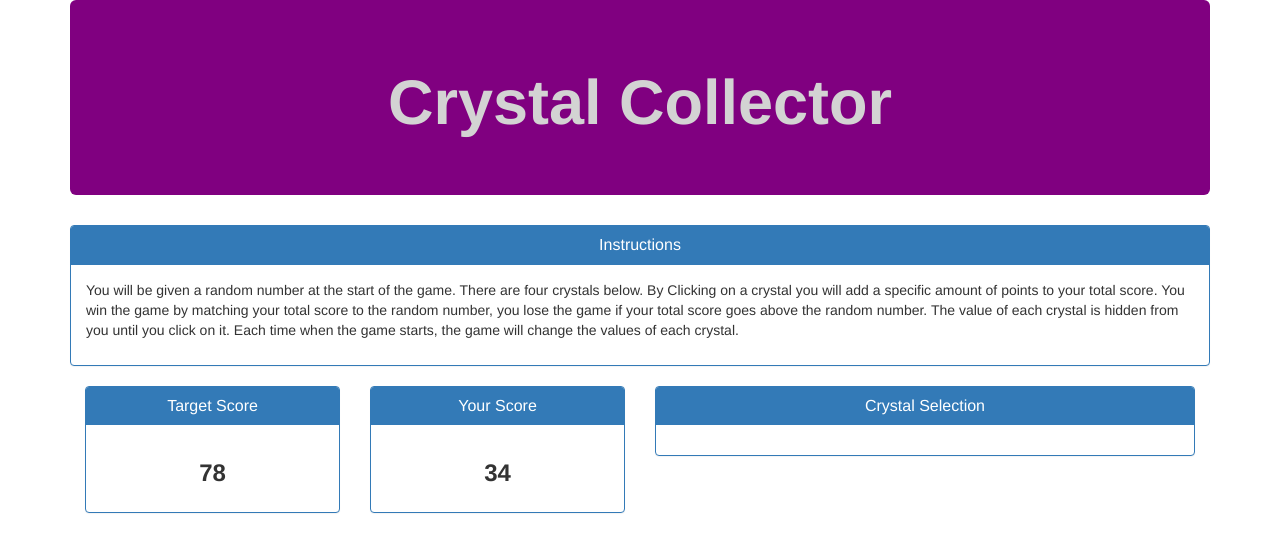
Repository: mikecherry1/week-4-game
Page: index.html
An editor plug-in stored every save of this project. The page is shown before and after the next save, followed by the edit.
The browser window is 1280 px wide. The pictures show the whole page.

Above is the page before, as saved 2017-11-19 18:41:12.

### index.html
<!doctype html>
<html lang="en">
  <head>

    <!-- Required meta tags -->
    <meta charset="utf-8">
    <meta name="viewport" content="width=device-width, initial-scale=1, shrink-to-fit=no">

    <!-- Bootstrap CSS -->
    <link rel="stylesheet" <link href="https://maxcdn.bootstrapcdn.com/bootstrap/3.3.7/css/bootstrap.min.css" rel="stylesheet" integrity="sha384-BVYiiSIFeK1dGmJRAkycuHAHRg32OmUcww7on3RYdg4Va+PmSTsz/K68vbdEjh4u"
        crossorigin="anonymous">
  </head>
  <body>

    <div class="container">

        <div class="jumbotron" style= "background-color: purple; color: lightgrey;">
        <div class="container">
            <h1 class="text-center"><strong>Crystal Collector</strong></h1>
        </div>
    </div>

    <div class="row">
        <div class="col-lg-12">
            <div class="panel panel-primary">
                <div class="panel-heading">
                    <h3 class="panel-title text-center">Instructions</h3>
                </div>
                <div class="panel-body">
                    <p>You will be given a random number at the start of the game. There are four crystals below. By Clicking on a crystal you will add a specific amount of points to your total score. You win the game by matching your total score to the random number, you lose the game if your total score goes above the random number. The value of each crystal is hidden from you until you click on it. Each time when the game starts, the game will change the values of each crystal.</p>
            </div>
        </div>
    </div>

    </div>

    <div class="col-lg-3">

        <div class="panel panel-primary">
            <div class="panel-heading">
                <h3 class="panel-title text-center">Target Score</h3>
            </div>
            <div class="panel-body">
                <h3 class="text-center"><strong>78</strong></h3>
            </div>
        </div>
    </div>

        <div class="col-lg-3">

            <div class="panel panel-primary">
                <div class="panel-heading">
                    <h3 class="panel-title text-center">Your Score</h3>
                </div>
                <div class="panel-body">
                    <h3 class="text-center">
                        <strong>34</strong>
                    </h3>
                </div>
            </div>
        </div>

        <div class="col-lg-6">
            <div class="panel panel-primary">
                <div class="panel-heading">
                    <h3 class="panel-title text-center">Crystal Selection</h3>
                </div>
                <div class="panel-body">

                </div>
            </div>
        </div>

    </div>
  </body>
</html>

After the next save:
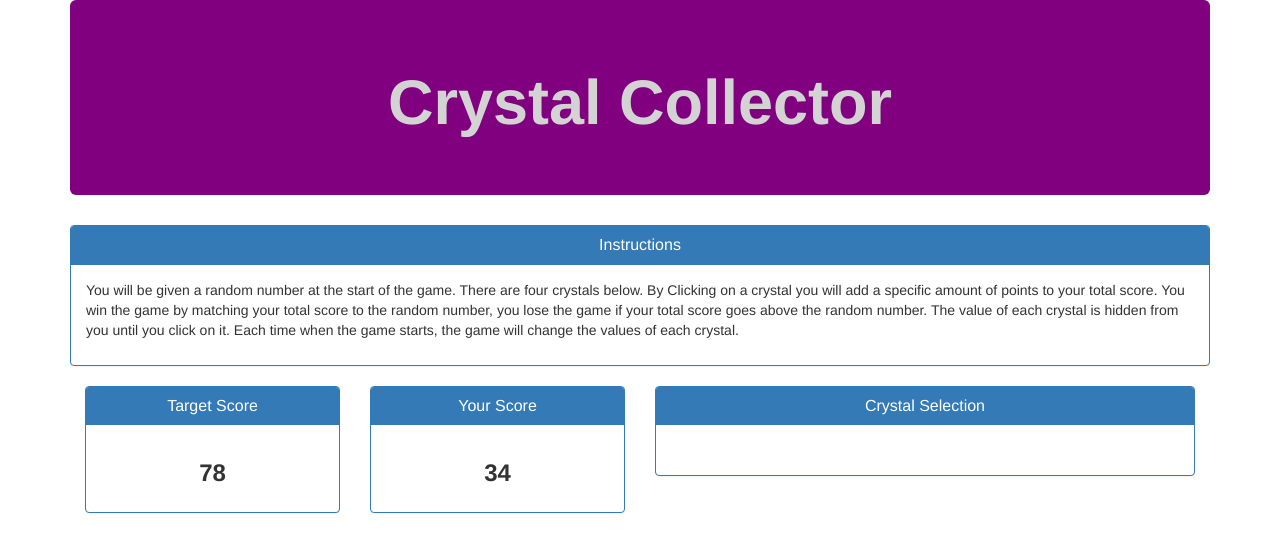
Saved 4 min 4 s later.
--- a/index.html
+++ b/index.html
@@ -66,7 +66,7 @@
                     <h3 class="panel-title text-center">Crystal Selection</h3>
                 </div>
                 <div class="panel-body">
-
+                    <img src=""
                 </div>
             </div>
         </div>
